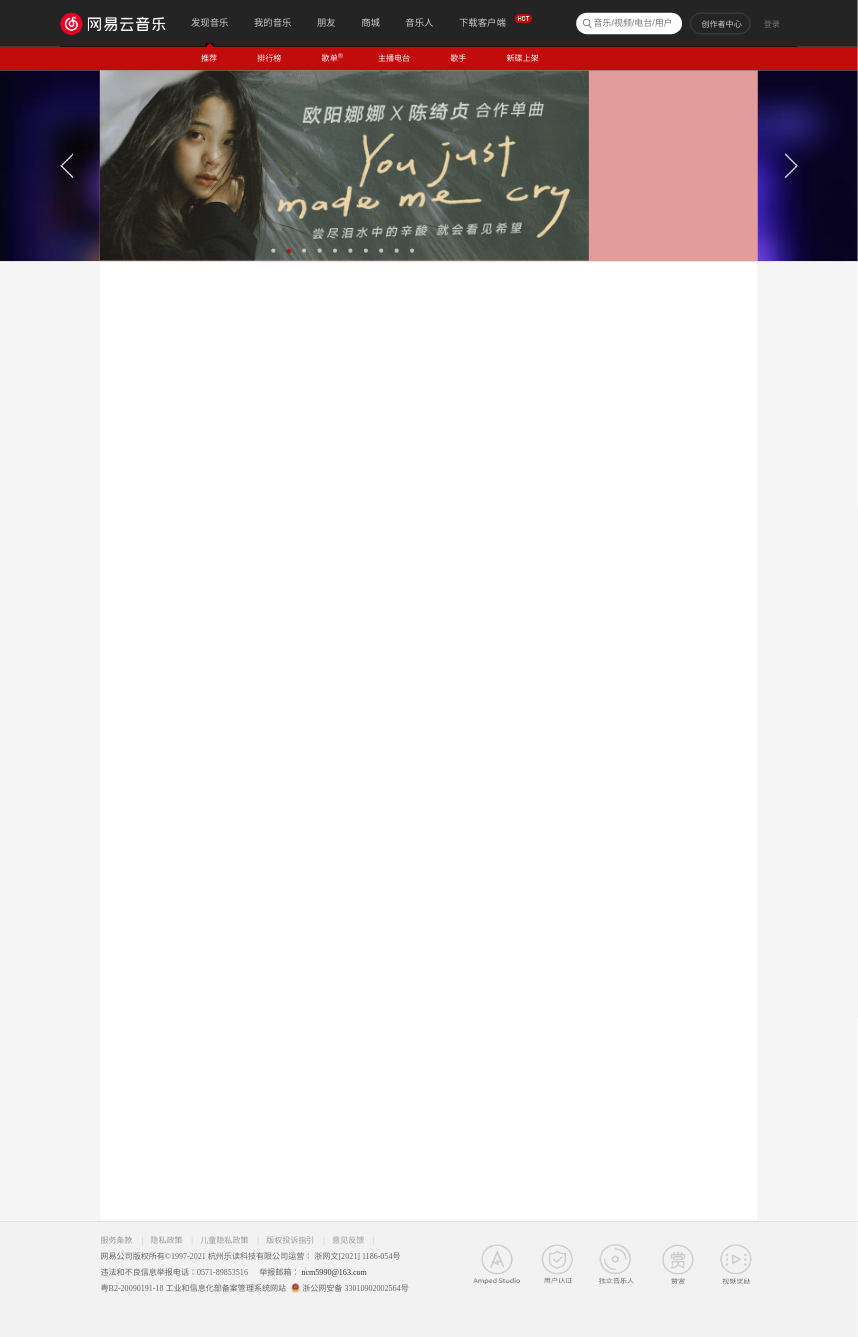
Repository: changfeng5/cat
Page: cat/index.html
These files come from the project's save history. The page is drawn as it stood at one moment and after the next save; the edit follows.
The browser window is 1280 px wide. The pictures show the whole page, at 67% of full size.

Above is the page before, as saved 2021-04-29 23:48:30.

After the next save:
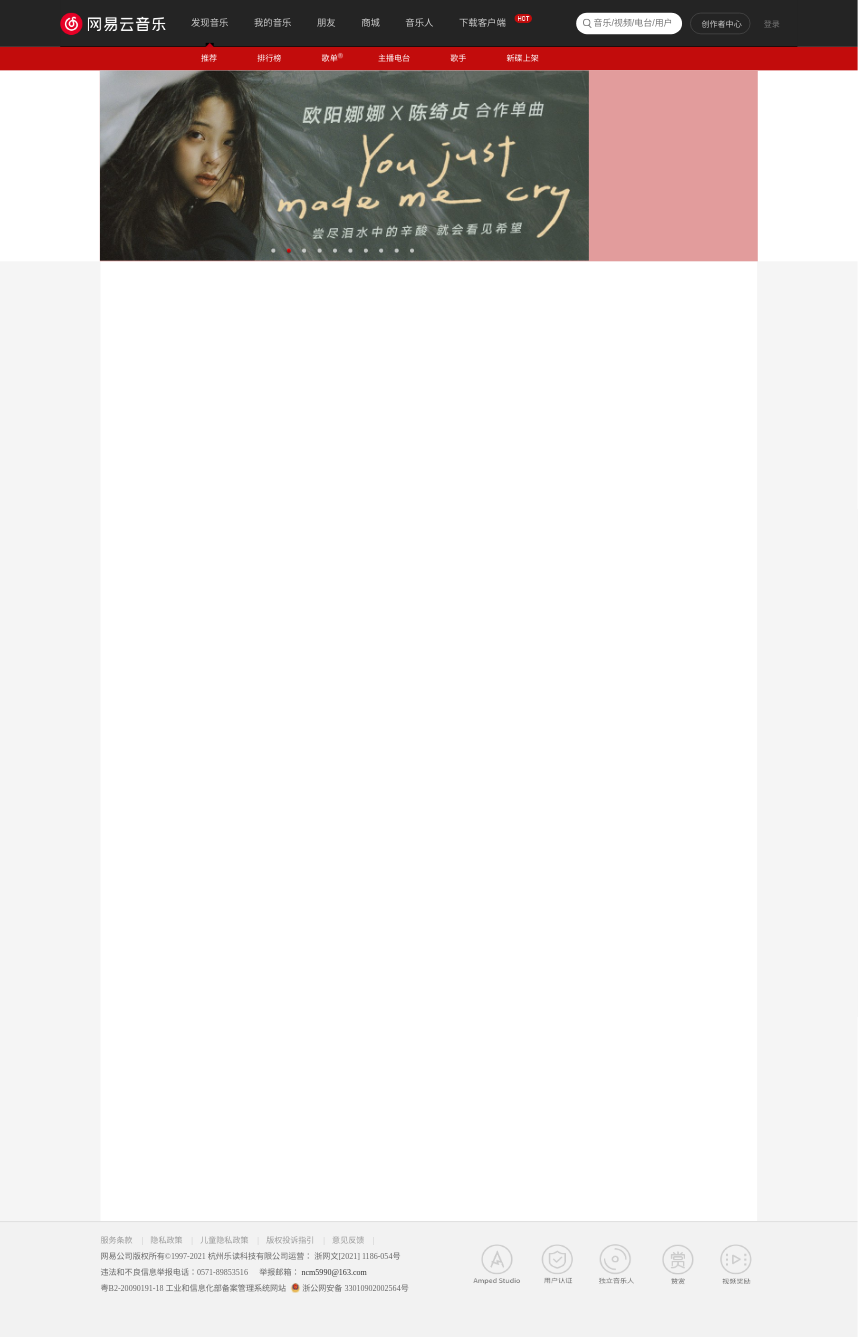
Saved 6 min 8 s later.
--- a/cat/js/index.js
+++ b/cat/js/index.js
@@ -18,6 +18,8 @@
             circle = index;
             animate(ul, -index * banlWidth);
             console.log(index);
+            var banner_wrpper = document.querySelector('.banner_wrpper');
+            banner_wrpper.style.backgroundImage = 'url(images/l' + index + '-' + index + '.jpg)';
         })
     }
     // 把ul里面的第一个小li设置类名为 current 默认刷新第一张
@@ -100,8 +102,4 @@
             back.style.display = 'none';
         }
     })
-
-    console.log(num);
-    var banner_wrpper = document.querySelector('.banner_wrpper');
-    banner_wrpper.style.backgroundImage = 'url(images/l1-1.jpg)';
 })
